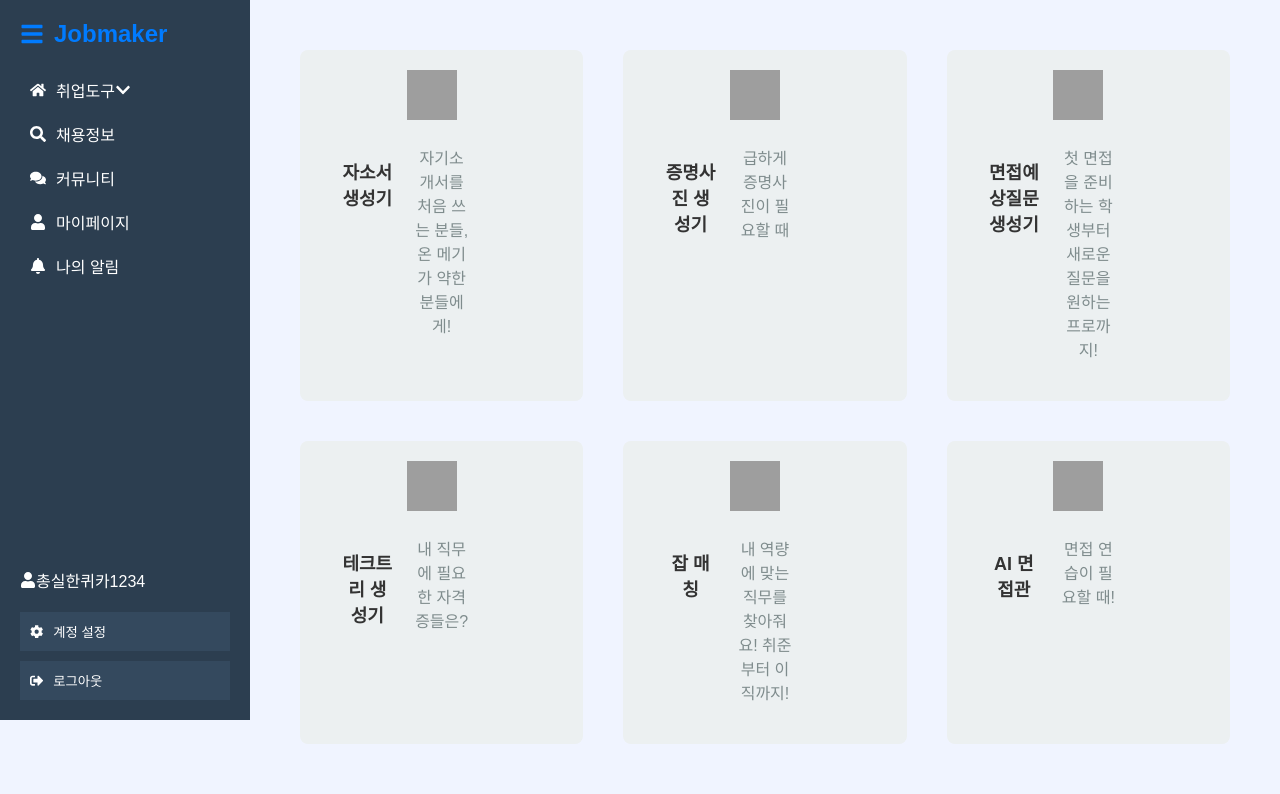
Repository: HSfac/jobmaker
Page: /main
The author's editor kept a copy of each file at every save. The page is drawn from the files as they stood at one save, then again after the next save.
The browser window is 1280 px wide. The pictures show the whole page.
Pictures or frames that could not be fetched are drawn as grey boxes. The project was rebuilt for these pictures with package versions that can differ from the ones it lists, and the page was loaded fresh each time. Also part of the build but not shown: src/components/Header.jsx, src/components/Footer.css, src/components/Footer.jsx, src/pages/LandingPage.jsx, src/pages/InfosPage.jsx, src/pages/CommunityPage.jsx, src/pages/MyPage.jsx, src/components/SocialLoginButton.css and 15 more.

Above is the page before, as saved 2024-07-13 17:50:30.

### src/App.js
import React from 'react';
import { BrowserRouter as Router, Route, Routes } from 'react-router-dom';
import MainPage from './pages/MainPage';
import LandingPage from './pages/LandingPage';
import InfosPage from './pages/InfosPage';
import CommunityPage from './pages/CommunityPage';
import MyPage from './pages/MyPage';
import LoginPage from './pages/LoginPage';
import SignupPage from './pages/SignupPage';
import EmailSignupPage from './pages/EmailSignupPage';

import ResumeGeneratorPage from './pages/tools/ResumeGeneratorPage';
import PhotoGeneratorPage from './pages/tools/PhotoGeneratorPage';
import InterviewQuestionsGeneratorPage from './pages/tools/InterviewQuestionsGeneratorPage';
import TechTreeGeneratorPage from './pages/tools/TechTreeGeneratorPage';
import JobMatchingPage from './pages/tools/JobMatchingPage';
import AIInterviewerPage from './pages/tools/AIInterviewerPage';

import MainLayout from './layouts/MainLayout'; // 새로 생성한 레이아웃 컴포넌트
import './App.css';

function App() {
  return (
    <Router>
      <div className="App">
        <Routes>
          <Route path="/" element={<LandingPage />} />
          <Route path="/login" element={<LoginPage />} />
          <Route path="/signup" element={<SignupPage />} />
          <Route path="/email-signup" element={<EmailSignupPage />} />
          <Route element={<MainLayout />}>
            <Route path="/main" element={<MainPage />} />
            <Route path="/infos" element={<InfosPage />} />
            <Route path="/community" element={<CommunityPage />} />
            <Route path="/mypage" element={<MyPage />} />
            <Route path="/tools/resume-generator" element={<ResumeGeneratorPage />} />
            <Route path="/tools/photo-generator" element={<PhotoGeneratorPage />} />
            <Route path="/tools/interview-questions-generator" element={<InterviewQuestionsGeneratorPage />} />
            <Route path="/tools/tech-tree-generator" element={<TechTreeGeneratorPage />} />
            <Route path="/tools/job-matching" element={<JobMatchingPage />} />
            <Route path="/tools/ai-interviewer" element={<AIInterviewerPage />} />
          </Route>
        </Routes>
      </div>
    </Router>
  );
}

export default App;

### src/pages/MainPage.jsx
// MainPage.jsx
import React from 'react';
import ToolCard from '../components/ToolCard';
import './MainPage.css';

const tools = [
  {
    title: "자소서 생성기",
    description: "자기소개서를 처음 쓰는 분들, 온 메기가 약한 분들에게!",
    image: "../assets/images/icons/icon2.png",
    link: "/tools/resume-generator",
  },
  {
    title: "증명사진 생성기",
    description: "급하게 증명사진이 필요할 때",
    image: "../assets/images/icons/icon2.png",
    link: "/tools/photo-generator",
  },
  {
    title: "면접예상질문 생성기",
    description: "첫 면접을 준비하는 학생부터 새로운 질문을 원하는 프로까지!",
    image: "../assets/images/icons/icon2.png",
    link: "/tools/interview-questions-generator",
  },
  {
    title: "테크트리 생성기",
    description: "내 직무에 필요한 자격증들은?",
    image: "../assets/images/icons/icon2.png",
    link: "/tools/tech-tree-generator",
  },
  {
    title: "잡 매칭",
    description: "내 역량에 맞는 직무를 찾아줘요! 취준부터 이직까지!",
    image: "../assets/images/icons/icon2.png",
    link: "/tools/job-matching",
  },
  {
    title: "AI 면접관",
    description: "면접 연습이 필요할 때!",
    image: "../assets/images/icons/icon2.png",
    link: "/tools/ai-interviewer",
  },
];

const MainPage = () => {
  return (
    <div className="main-page">
      <div className="content">
        {tools.map((tool, index) => (
          <ToolCard
            key={index}
            title={tool.title}
            description={tool.description}
            image={tool.image}
            link={tool.link}
          />
        ))}
      </div>
    </div>
  );
};

export default MainPage;

### src/layouts/MainLayout.jsx
import React from 'react';
import { Outlet } from 'react-router-dom';
import Sidebar from '../components/Sidebar';
//import './MainLayout.css';

const MainLayout = () => {
  return (
    <div className="main-layout">
      <Sidebar />
      <div className="page-content">
        <Outlet />
      </div>
    </div>
  );
};

export default MainLayout;

### src/App.css
.App {
  font-family: sans-serif;
  text-align: center;
  height: 100vh;
  display: flex;
  flex-direction: column;
}

.main-content {
  display: flex;
  flex: 1;
}

.page-content {
  flex: 1;
  padding: 20px;
  margin-left: 250px; /* 사이드바의 넓이만큼 왼쪽 여백을 설정 */
  transition: margin-left 0.3s;
}

.sidebar.closed + .page-content {
  margin-left: 80px; /* 사이드바가 닫혔을 때 여백 설정 */
}

### src/components/ToolCard.jsx
// ToolCard.jsx
import React from 'react';
import { useNavigate } from 'react-router-dom';
import './ToolCard.css';

const ToolCard = ({ title, description, image, link }) => {
  const navigate = useNavigate();

  const handleClick = () => {
    navigate(link);
  };

  return (
    <div className="tool-card" onClick={handleClick}>
      <img src={image} alt={title} className="icon" />
      <div className="content">
        <h3>{title}</h3>
        <p>{description}</p>
      </div>
    </div>
  );
};

export default ToolCard;

### src/pages/MainPage.css
.main-page {
  display: flex;
}

.content {
  flex-grow: 1;
  padding: 20px;
  display: grid;
  grid-template-columns: repeat(3, 1fr);
  gap: 20px;
}

### src/pages/LandingPage.css
/* LandingPage.css */

@font-face {
  font-family: 'Pretendard';
  src: url('../assets/fonts/Pretendard-Regular.ttf') format('truetype');
  font-weight: 400;
}

@font-face {
  font-family: 'Pretendard';
  src: url('../assets/fonts/Pretendard-SemiBold.ttf') format('truetype');
  font-weight: 600;
}
:root {
  --bg-color: #f0f4ff;
  --text-color: #333;
  --primary-color: #3a73e1;
  --secondary-color: #fff;
  --question-bg-color: #4a90e2;
}

[data-theme="dark"] {
  --bg-color: #121212;
  --text-color: #e0e0e0;
  --primary-color: #bb86fc;
  --secondary-color: #333;
  --question-bg-color: #3700b3;
}

body {
  background-color: var(--bg-color);
  color: var(--text-color);
  margin: 0;
  padding: 0;
  font-family: 'Pretendard', sans-serif;
}

.landing-page {
  display: flex;
  flex-direction: column;
  min-height: 100vh;
}

.main-content {
  flex: 1;
  display: flex;
  flex-direction: column;
  align-items: center;
  background-color: var(--primary-color);
  color: var(--secondary-color);
}

.hero {
  display: flex;
  justify-content: space-between;
  align-items: center;
  max-width: 1200px;
  width: 100%;
  padding: 50px;
}


.hero-text h1 {
  font-size: 4em; /* Increased font size */
  font-family: 'Pretendard', sans-serif;
  font-weight: 600; /* SemiBold */
  margin-bottom: 20px;
}

.hero-text p {
  font-family: 'Pretendard', sans-serif;
  font-weight: 400; /* Regular */
}

.hero-text button.primary {
  background-color: var(--secondary-color);
  color: var(--primary-color);
  padding: 10px 20px;
  border: none;
  border-radius: 5px;
  font-size: 1.2em;
  cursor: pointer;
  transition: border-color 0.3s;
}

.hero-text button.primary:hover {
  border: 2px solid var(--primary-color);
}

.hero-images {
  flex: 1;
  display: flex;
  justify-content: center;
  align-items: center;


}

.hero-images img {
  max-width: 100%;
  height: auto;

}

.second-section {
  width: 100%;
  font-size: 1.5em;
  padding: 50px 20px;
  background-color: var(--bg-color);
  color: var(--text-color);
  text-align: center;
  position: relative;
  overflow: hidden;
  font-weight: 700; /* SemiBold */
}

.second-section h2 {
  color: var(--primary-color);
  font-size: 1.5em;
  font-weight: 700; /* SemiBold */
}

.sliding-images {
  display: flex;
  flex-direction: column;
  align-items: center;
  justify-content: center;
  height: 280px; /* Adjust as needed */
  position: relative;
}

.sliding-images img {
  width: 300%; /* Make the images smaller */
  position: absolute;
  animation-duration: 30s; /* Slow down the animation */
  animation-timing-function: linear;
  animation-iteration-count: infinite;
}

.sliding-images img:nth-child(1) {
  top: 0;
  left: -100%;
  animation-name: slide-in-left;
}

.sliding-images img:nth-child(2) {
  top: 50%;
  left: 100%;
  animation-name: slide-in-right;
}

@keyframes slide-in-left {
  0%, 100% {
    left: -100%;
  }
  50% {
    left: 100%;
  }
}

@keyframes slide-in-right {
  0%, 100% {
    left: 100%;
  }
  50% {
    left: -100%;
  }
}

.generators {
  display: flex;
  justify-content: space-around;
  flex-wrap: wrap;
}

.generator-card {
  background-color: var(--secondary-color);
  color: var(--primary-color);
  border-radius: 10px;
  padding: 20px;
  margin: 10px;
  width: 200px;
  cursor: pointer;
  transition: transform 0.2s;
}

.generator-card:hover {
  transform: scale(1.05);
}

.generator-card h3 {
  margin-top: 0;
}

.generator-card p {
  margin: 10px 0 0;
  font-size: 20px;
}

/* 기존 CSS 생략 */

.third-section {

  width: 100%;
  padding: 10px 20px;
  background-color: var(--bg-color);
  color: var(--text-color);
  text-align: center;

}

.third-section h2 {
  font-size: 2.2em;
  color: var(--primary-color);
  font-weight: 700; /* SemiBold */
}

.third-section h3 {
  font-size: 1em;
  font-weight: 600; /* SemiBold */
}

.example-container {
  display: flex;
  flex-wrap: wrap;
  justify-content: center;
  gap: 20px;
  margin-top: 20px;
  flex-direction: column; /* 세로로 배치 */
}

.example-image.left {
  align-self: flex-start;
  margin: 0 50px; /* 이미지 양옆 여백 설정 */
  animation: slide-left 5s infinite;
}

.example-image.center1 {
  align-self: center;
  margin: 0 50px; /* 이미지 양옆 여백 설정 */
}

.example-image.right {
  align-self: flex-end;
  margin: 0 50px; /* 이미지 양옆 여백 설정 */
  animation: slide-right 5s infinite;
}

.example-image.center2 {
  align-self: center;
  margin: 0 50px; /* 이미지 양옆 여백 설정 */
}

@keyframes slide-left {
  0% {
    transform: translateX(0);
  }
  50% {
    transform: translateX(-20px); /* 원하는 슬라이드 거리 설정 */
  }
  100% {
    transform: translateX(0);
  }
}

@keyframes slide-right {
  0% {
    transform: translateX(0);
  }
  50% {
    transform: translateX(20px); /* 원하는 슬라이드 거리 설정 */
  }
  100% {
    transform: translateX(0);
  }
}

/* 기존 CSS 생략 */




.fourth-section {
  width: 100%;
  padding: 50px 20px;
  background-color: var(--bg-color);
  color: var(--text-color);
  text-align: center;
}

.fourth-section h2 {
  font-size: 2.2em;
  color: var(--primary-color);
  font-weight: 700; /* SemiBold */
  margin-bottom: 10px;
}

.fourth-section h3 {
  font-size: 26px;
  font-weight: 700; /* SemiBold */
  margin-bottom: 30px;
}

.sliding-tags {
  overflow: hidden;
  white-space: nowrap;
  box-sizing: border-box;
}

.tags-wrapper {
  display: inline-block;
  animation: slide 45s linear infinite;

}

.tag {
  font-size: 20px;
  display: inline-block;
  background-color: var(--primary-color);
  color: var(--secondary-color);
  padding: 20px 40px;
  margin: 0 10px;
  border-radius: 500px;
  font-weight: 600; /* SemiBold */
}

@keyframes slide {
  0% {
    transform: translateX(100%);
  }
  100% {
    transform: translateX(-100%);
  }
}

.fifth-section {
  width: 100%;
  padding: 50px 20px;
  background-color: var(--bg-color);
  color: var(--text-color);
  text-align: center;
}

.fifth-section h2 {
  margin-top: 70px;
  font-size: 2.2em;
  color: var(--primary-color);
  font-weight: 700; /* SemiBold */
}

.fifth-section h3 {
  font-size: 26px;
  font-weight: 700; /* SemiBold */
  margin-top: 10px;
  margin-bottom: 30px;
}

.pricing-plans {
  display: flex;
  justify-content: center;
  gap: 25px;
  flex-wrap: wrap;
  margin-bottom: 200px;
}

.plan {
  background-color: var(--secondary-color);
  color: var(--primary-color);
  border-radius: 10px;
  padding: 20px;
  margin: 10px;
  width: 250px;
  text-align: center;
}

.plan h3 {
  margin-top: 0;
}

.plan p {
  font-size: 20px;
  font-weight: 700; /* SemiBold */
}

.plan ul {
  list-style: none;
  padding: 0;
}

.plan ul li {
  margin: 10px 0;
}

.plan button.primary {
  background-color: var(--secondary-color);
  color: var(--primary-color);
  padding: 10px 20px;
  border: 2px solid var(--primary-color);
  border-radius: 5px;
  font-size: 1.2em;
  cursor: pointer;
  transition: background-color 0.3s, color 0.3s;
}

.plan button.primary:hover {
  background-color: var(--primary-color);
  color: var(--secondary-color);
}

.footer {
  background-color: var(--primary-color);
  color: var(--secondary-color);
  padding: 20px;
  text-align: center;
  position: relative;
  bottom: 0;
  width: 100%;
  margin-top: auto;
}

### src/components/Sidebar.jsx
import React, { useState } from 'react';
import { FaHome, FaSearch, FaComments, FaUser, FaBell, FaCog, FaSignOutAlt, FaBars, FaChevronDown, FaChevronUp } from 'react-icons/fa';
import { Link } from 'react-router-dom';
import './Sidebar.css';
import AlertModal from './AlertModal';

const Sidebar = () => {
  const [isOpen, setIsOpen] = useState(true);
  const [isToolsOpen, setIsToolsOpen] = useState(false);
  const [isModalOpen, setIsModalOpen] = useState(false);

  const toggleSidebar = () => {
    setIsOpen(!isOpen);
  };

  const toggleToolsMenu = () => {
    setIsToolsOpen(!isToolsOpen);
  };

  const toggleModal = () => {
    setIsModalOpen(!isModalOpen);
  };

  return (
    <div className={`sidebar ${isOpen ? 'open' : 'closed'}`}>
      <div className="logo" onClick={toggleSidebar}>
        <FaBars />
        {isOpen && <span>Jobmaker</span>}
      </div>
      <ul className="menu">
        <li>
          <div className="menu-item" onClick={toggleToolsMenu}>
            <FaHome />
            {isOpen && <span>취업도구</span>}
            {isOpen && (isToolsOpen ? <FaChevronUp /> : <FaChevronDown />)}
          </div>
          {isToolsOpen && (
            <ul className="submenu">
              <li>
                <Link to="/tools/resume-generator">
                  {isOpen && <span>자소서 생성기</span>}
                </Link>
              </li>
              <li>
                <Link to="/tools/photo-generator">
                  {isOpen && <span>증명사진 생성기</span>}
                </Link>
              </li>
              <li>
                <Link to="/tools/interview-questions-generator">
                  {isOpen && <span>면접예상질문 생성기</span>}
                </Link>
              </li>
              <li>
                <Link to="/tools/tech-tree-generator">
                  {isOpen && <span>테크트리 생성기</span>}
                </Link>
              </li>
              <li>
                <Link to="/tools/job-matching">
                  {isOpen && <span>잡 매칭</span>}
                </Link>
              </li>
              <li>
                <Link to="/tools/ai-interviewer">
                  {isOpen && <span>AI 면접관</span>}
                </Link>
              </li>
            </ul>
          )}
        </li>
        <li>
          <Link to="/infos">
            <FaSearch />
            {isOpen && <span>채용정보</span>}
          </Link>
        </li>
        <li>
          <Link to="/community">
            <FaComments />
            {isOpen && <span>커뮤니티</span>}
          </Link>
        </li>
        <li>
          <Link to="/mypage">
            <FaUser />
            {isOpen && <span>마이페이지</span>}
          </Link>
        </li>
        <li className="menu-item" onClick={toggleModal} style={{ cursor: 'pointer' }}>
          <FaBell />
          {isOpen && <span>나의 알림</span>}
        </li>
      </ul>
      <div className="user-info">
        <div className="username">
          <FaUser />
          {isOpen && <span>총실한퀴카1234</span>}
        </div>

        <div className="settings">
          <button className="settings-btn">
            <FaCog />
            {isOpen && <span>계정 설정</span>}
          </button>
          <button className="logout-btn">
            <FaSignOutAlt />
            {isOpen && <span>로그아웃</span>}
          </button>
        </div>
      </div>
      {isModalOpen && <AlertModal onClose={toggleModal} />}
    </div>
  );
};

export default Sidebar;

### src/components/ToolCard.css
.tool-card {
  background-color: #ecf0f1;
  border-radius: 8px;
  padding: 20px;
  margin: 10px;
  display: flex;
  align-items: center;
  cursor: pointer;
  flex-direction: column;
  transition: background-color 0.3s;
}

.tool-card:hover {
  background-color: #bdc3c7;
}

.icon {
  width: 50px;
  height: 50px;
  margin-right: 20px;
}

.content {
  flex-grow: 1;
}

h3 {
  margin: 5;
  font-size: 18px;
}

p {
  margin: 5px 0 0;
  color: #7f8c8d;
}

### src/components/Header.css
.header {
  display: flex;
  justify-content: space-between;
  align-items: center;
  padding: 10px 20px;
  background-color: #f8f9fa;
  border-bottom: 1px solid #e0e0e0;
}

.logo {
  font-size: 24px;
  font-weight: bold;
  color: #007bff;
}

.nav-links a {
  margin-left: 10px;
  color: #333;
  text-decoration: none;
}

.nav-links a:hover {
  text-decoration: underline;
}

### src/components/Sidebar.css
.sidebar {
  width: 250px;
  height: 100vh;
  background-color: #2c3e50;
  color: white;
  padding: 20px;
  box-sizing: border-box;
  display: flex;
  flex-direction: column;
  justify-content: space-between;
  transition: width 0.3s;
  position: fixed;
  top: 0;
  left: 0;
  overflow-y: auto; /* Add scrollbar if content exceeds height */
}

.sidebar.closed {
  width: 80px;
}

.logo {
  font-size: 24px;
  font-weight: bold;
  margin-bottom: 20px;
  cursor: pointer;
  display: flex;
  align-items: center;
}

.logo span {
  margin-left: 10px;
}

.menu {
  list-style: none;
  padding: 0;
  margin: 0;
}

.menu li {
  margin: 0;
}

.menu-item, .menu li a {
  display: flex;
  align-items: center;
  color: white;
  text-decoration: none;
  padding: 10px;
  width: 100%;
  box-sizing: border-box;
  transition: background-color 0.3s;
}

.menu-item:hover, .menu li a:hover {
  background-color: #34495e;
}

.menu-item {
  cursor: pointer;

}

.menu li span {
  margin-left: 10px;

}

.submenu {
  list-style: none;
  padding: 0;
  margin: 0;
}

.submenu li {
  margin: 0;
}

.submenu li a {
  padding: 10px 10px 10px 30px; /* Indentation for submenu items */
  display: flex;
  align-items: center;
  color: white;
  text-decoration: none;
  transition: background-color 0.3s;
}

.submenu li a:hover {
  background-color: #34495e;
}

.user-info {
  margin-top: auto;
}

.username {
  display: flex;
  align-items: center;
  margin-bottom: 10px;
}

.email {
  margin-bottom: 10px;
}

.settings {
  display: flex;
  flex-direction: column;
}

.settings-btn, .logout-btn {
  display: flex;
  align-items: center;
  width: 100%;
  margin-top: 10px;
  padding: 10px;
  background-color: #34495e;
  color: white;
  border: none;
  cursor: pointer;
  transition: background-color 0.3s;
}

.settings-btn:hover, .logout-btn:hover {
  background-color: #3d566e;
}

.settings-btn span, .logout-btn span {
  margin-left: 10px;
}

Loaded but not shown: public/index.html (common file); src/index.js (common file); src/index.css (common file); src/reportWebVitals.js (common file)

After the next save:
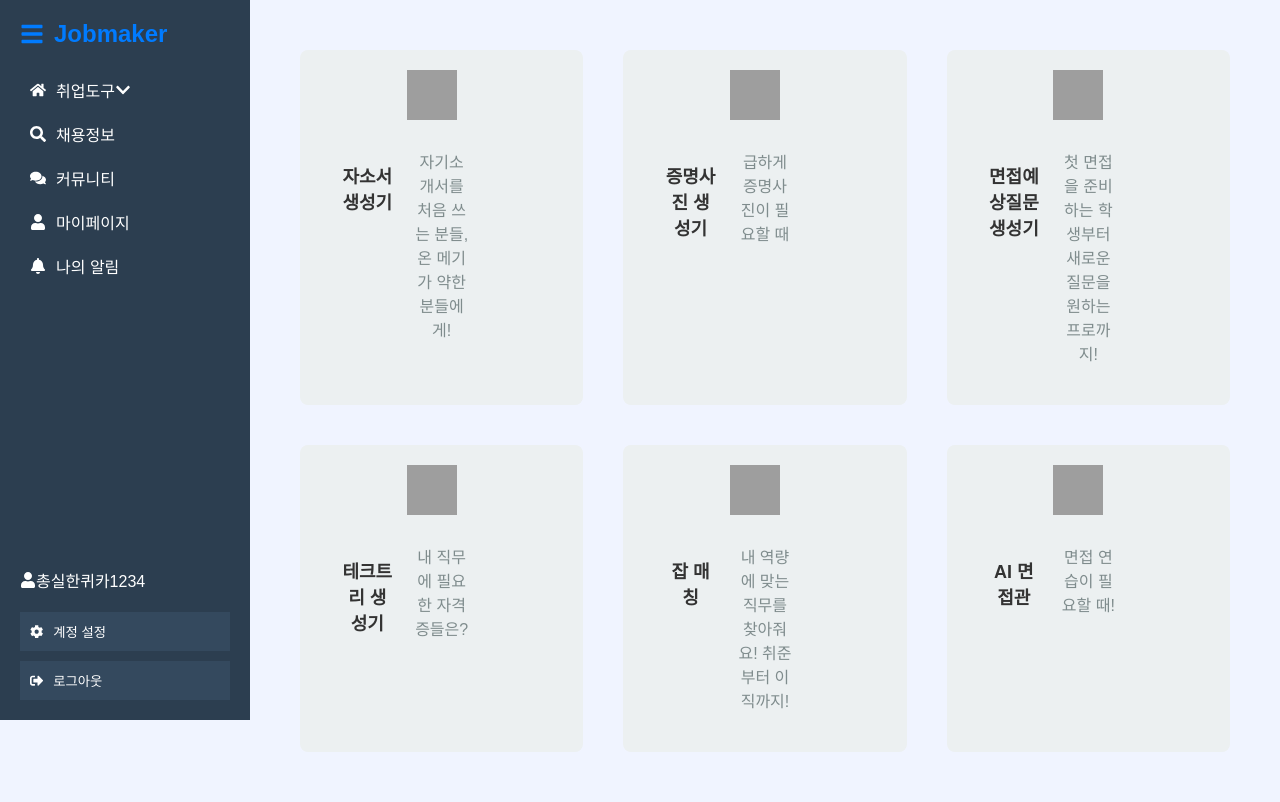
Saved 4 min 50 s later.
--- a/src/components/ToolCard.jsx
+++ b/src/components/ToolCard.jsx
@@ -1,4 +1,3 @@
-// ToolCard.jsx
 import React from 'react';
 import { useNavigate } from 'react-router-dom';
 import './ToolCard.css';
@@ -12,7 +11,9 @@ const ToolCard = ({ title, description, image, link }) => {
 
   return (
     <div className="tool-card" onClick={handleClick}>
-      <img src={image} alt={title} className="icon" />
+      <div className="card-header">
+        <img src={image} alt={title} className="icon" />
+      </div>
       <div className="content">
         <h3>{title}</h3>
         <p>{description}</p>
